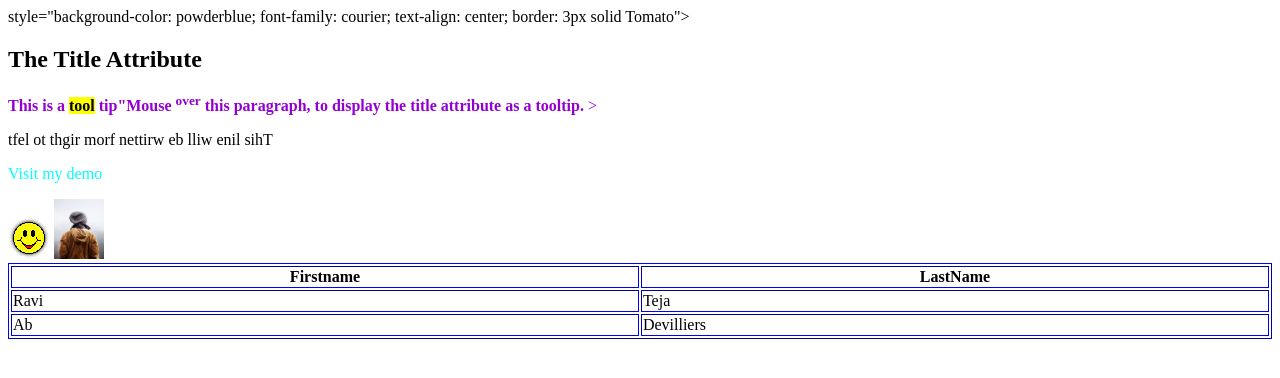
Repository: rejatavi/IntialCommit
Page: Web/WebContent/js.html
These files come from the project's save history. The page is drawn as it stood at one moment and after the next save; the edit follows.
The browser window is 1280 px wide. The pictures show the whole page.

Above is the page before, as saved 2018-05-30 15:56:15.

### Web/WebContent/js.html
<!DOCTYPE html>
<html>
<body>
	style="background-color: powderblue; font-family: courier; text-align: center; border: 3px solid Tomato">

	<h2 title="I'm a header">The Title Attribute</h2>
	<!-- this is imp -->

	<p style="color: darkviolet;"
		<b><strong>This is a <mark>tool</mark> tip"Mouse <sup>over</sup>
				this paragraph, to display the title attribute as a tooltip.
		</strong>></b>
	</p>
	<bdo dir="rtl">This line will be written from right to left</bdo>
	<!-- bdo stands for bi-directionl -->
	<p>
		<a href="http://localhost:8001/Web/js.html" target="	blank">Visit
			my demo</a>
	</p>
	<!-- <a href="https://www.w3schools.com/html/" target="_top">HTML5 tutorial!</a>
		doubt this one -->

	<a href="http://localhost:8001/Web/js.html"> <img src=smiley.gif
		style="align-content: center;"></a>
	<img src="img_girl.jpg" width="50" height="60" >
	<table style="width: 100%; border-color: blue;" border="1">
		<tr>
			<th>Firstname</th>
			<th>LastName</th>
		</tr>
		<tr>
			<td>Ravi</td>
			<td>Teja</td>
		</tr>
		<tr>
			<td>Ab</td>
			<td>Devilliers</td>
		</tr>
	</table>
	<style>
a:link {
	color: aqua;
	background-color: none;
	text-decoration: none;
}

a:hover {
	color: silver;
	background-color: none;
	text-decoration: underline;
}

a:active {
	color: lime;
	background-color: none;
	text-decoration: inherit;
}
}
</style>

</body>
</html>

After the next save:
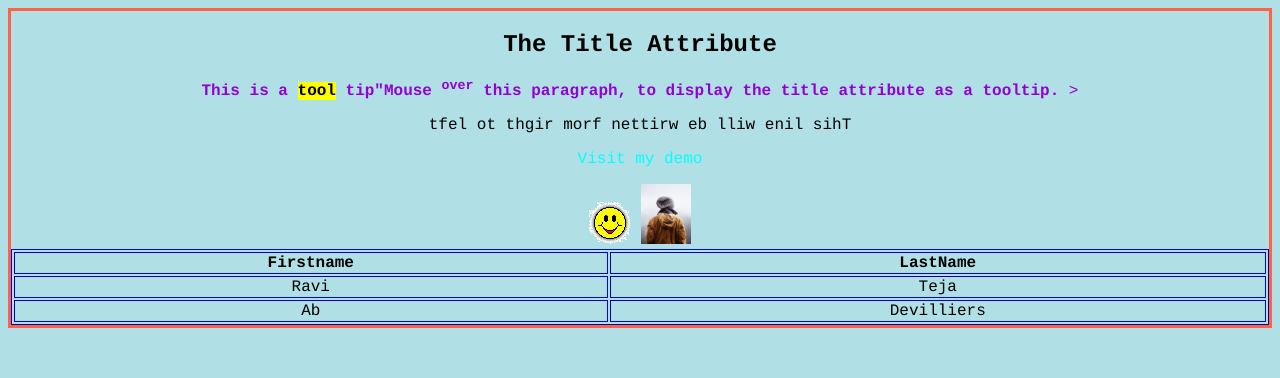
Saved 9 s later.
--- a/Web/WebContent/js.html
+++ b/Web/WebContent/js.html
@@ -1,6 +1,6 @@
 <!DOCTYPE html>
 <html>
-<body>
+<body
 	style="background-color: powderblue; font-family: courier; text-align: center; border: 3px solid Tomato">
 
 	<h2 title="I'm a header">The Title Attribute</h2>
